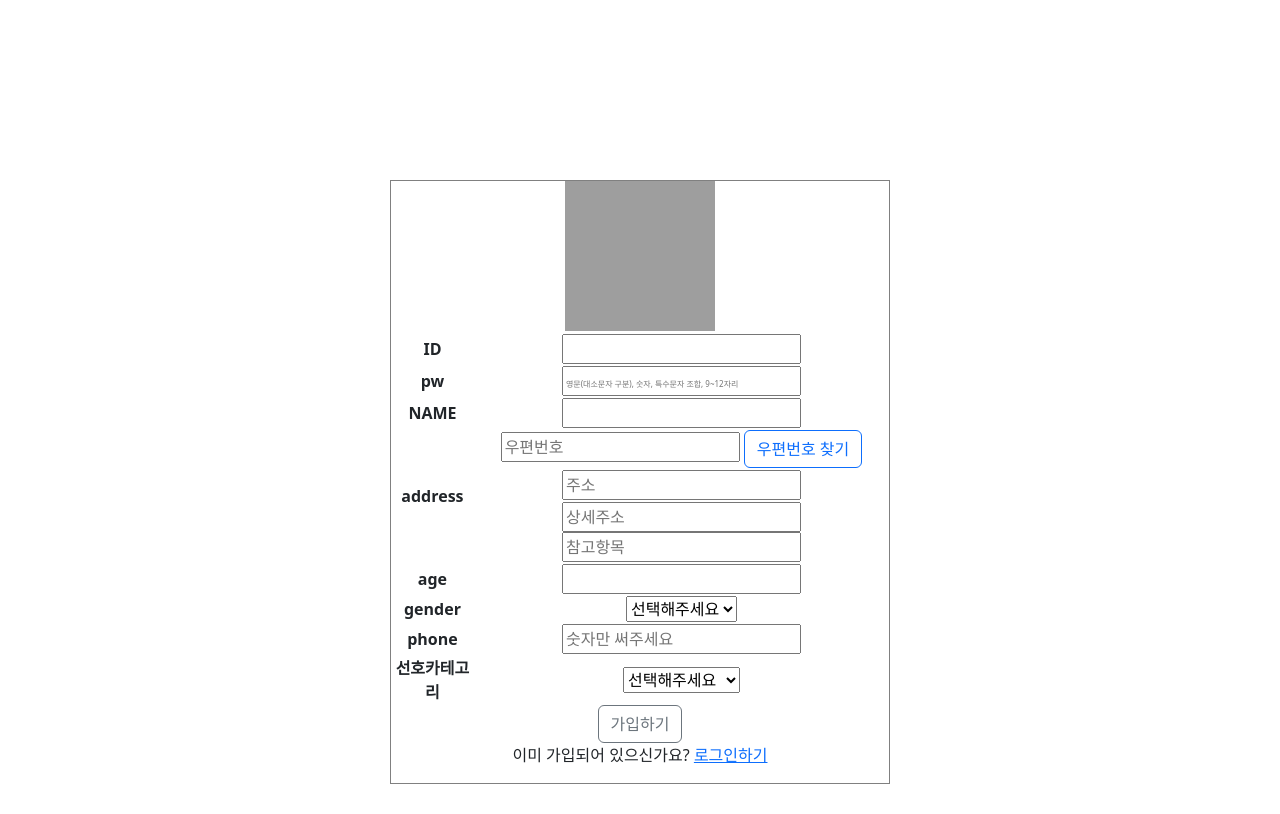
Repository: bongbongi/book1
Page: http://localhost/book/WEB-INF/views/member/join.jsp
An editor plug-in stored every save of this project. The page is shown before and after the next save, followed by the edit.
The browser window is 1280 px wide. The pictures show the whole page.
Pictures or frames that could not be fetched are drawn as grey boxes. Some web libraries are served in a nearby version. The page is served by Tomcat 9. Nobody is signed in. Other server files are loaded and not shown. The template is opened directly, without the code that normally fills it, so the values that code supplies are empty.

Above is the page before, as saved 2023-01-05 16:11:07.

### book/src/main/webapp/WEB-INF/views/member/join.jsp
<%@ page language="java" contentType="text/html; charset=UTF-8"
	pageEncoding="UTF-8"%>
<%@ taglib uri="http://java.sun.com/jsp/jstl/core" prefix="c"%>

<!DOCTYPE html>
<html>
<head>
<meta charset="UTF-8">
<!-- CSS only -->
<link href="https://cdn.jsdelivr.net/npm/bootstrap@5.2.2/dist/css/bootstrap.min.css"
rel="stylesheet" integrity="sha384-Zenh87qX5JnK2Jl0vWa8Ck2rdkQ2Bzep5IDxbcnCeuOxjzrPF/et3URy9Bv1WTRi"
crossorigin="anonymous">
<script src="https://kit.fontawesome.com/92e616dfba.js" crossorigin="anonymous"></script>
<title>회원가입</title>
<style type="text/css">
body{
	text-align: center;
	margin:0 auto;
	width: 100%;
	padding-top : 150px;
}
.logo>a>img{
	width: 150px;
	height: 150px;
}
.join-container{
	border: 1px solid gray;
	width: 500px;
	height: 100%;

	margin: 30px auto;

	/* display: flex;
	align-items: center;
	justify-content: center; */
}
table>tr,
table>td{
	text-align: center;
}
#mem_pw::placeholder{
	font-size:8px;
}
/* 아이디 사용 가능 여부 */
.id_ok{
color:#008000;
display: none;
}

.id_duplicate{
color:#ff0000;
display: none;
}
.id_null{
color:#ff0000;
display: none;
}
.pw_ok{
color:#008000;
display: none;
}

.pw_rewrite{
color:#ff0000;
display: none;
}
.pw_null{
color:#ff0000;
display: none;
}
.cellNum_ok{
color:#008000;
display: none;
}

.cellNum_duplicate{
color:#ff0000;
display: none;
}
.cellNum_null{
color:#ff0000;
display: none;
}
.join-table>input{
	width: 300px;
}
</style>
</head>
<body>
	<form action="/mem/join" method="post">
		<div class="join-container">

			<div class="logo">
				<a href="/"><img src="../resources/logo.jpg" alt="로고"></a><br>
			</div>
			<div class="join">
				<form action="/mem/join" method="post">
					<table class="join-table">
						<th colspan="3" >
							<tr>
								<th >ID</th>
									<td colspan="2">
										<input type="text" name="mem_id" id="mem_id" onchange="checkId()" required>
										<span class="id_ok"><i class="fa-solid fa-check"></i></span>
										<span class="id_duplicate"><i class="fa-solid fa-x"></i></span>
										<span class="id_null"><i class="fa-solid fa-x"></i></span>
									</td>
							</tr>
							<tr>
								<th>pw</th>
								<td>
									<input type="password" name="mem_pw" id="mem_pw" placeholder="영문(대소문자 구분), 숫자, 특수문자 조합, 9~12자리" onchange="checkPw()" required>
									<span class="pw_ok"><i class="fa-solid fa-check"></i></span>
									<span class="pw_rewrite"><i class="fa-solid fa-x"></i></span>
									<span class="pw_null"><i class="fa-solid fa-x"></i></span>
								</td>
							</tr>
							<tr>
								<th>NAME</th>
								<td><input type="text" name="mem_name" required></td>
							</tr>
							<tr>
								<th rowspan="3">address</th>
								<td colspan="2">
									<input type="text" id="postcode" name="mem_postzip" placeholder="우편번호" required>
									<input type="button" class="btn btn-outline-primary" onclick="execDaumPostcode()" value="우편번호 찾기">
								</td>
							</tr>
							<tr colspan="2">
								<td ><input type="text" id="address" name="address" placeholder="주소" required></td>
							</tr>
							<tr>
								<td  colspan="2">
									<input type="text" id="detailAddress" name="detailAddress" placeholder="상세주소" required>
									<input type="text" id="extraAddress" name="extraAddress" placeholder="참고항목">
								</td>
							</tr>
							<tr>
								<th>age</th>
								<td><input type="text" name="mem_age" required></td>
							</tr>
							<tr>
								<th>gender</th>
								<td>
									<select name="mem_gender" required="required">
										<option value="null">선택해주세요</option>
										<option value="1">남자</option>
										<option value="2">여자</option>
									</select>
								</td>
							</tr>
							<tr>
								<th>phone</th>
								<td>
									<input type="text" name="mem_cell_num" id="mem_cell_num" placeholder="숫자만 써주세요" onchange="checkCellNum()" required>
								        <span class="cellNum_ok"><i class="fa-solid fa-check"></i></span>
										<span class="cellNum_duplicate"><i class="fa-solid fa-x"></i></span>
										<span class="cellNum_null"><i class="fa-solid fa-x"></i></span>
								</td>
							</tr>
							<tr>
								<th>선호카테고리</th>
								<td>
									<select name="mno_cno" required="required">
										<option value="0" selected="selected">선택해주세요</option>
										<option value="1">소설</option>
										<option value="2">에세이</option>
										<option value="3">건강/취미</option>
										<option value="4">컴퓨터/모바일</option>
									</select>
								</td>
							</tr>
						</th>
					</table>
					<button type=submit" class="btn btn-outline-secondary">가입하기</button>
				</form>


			</div>

			<div>
				<p>이미 가입되어 있으신가요? <a href="/mem/loginPage">로그인하기</a></p>
			</div>
	</form>
	<script src="//t1.daumcdn.net/mapjsapi/bundle/postcode/prod/postcode.v2.js"></script>
	<script src="https://code.jquery.com/jquery-3.4.1.js"></script>
<script>
    function execDaumPostcode() {
        new daum.Postcode({
            oncomplete: function(data) {
                // 팝업에서 검색결과 항목을 클릭했을때 실행할 코드를 작성하는 부분.

                // 각 주소의 노출 규칙에 따라 주소를 조합한다.
                // 내려오는 변수가 값이 없는 경우엔 공백('')값을 가지므로, 이를 참고하여 분기 한다.
                var addr = ''; // 주소 변수
                var extraAddr = ''; // 참고항목 변수

                //사용자가 선택한 주소 타입에 따라 해당 주소 값을 가져온다.
                if (data.userSelectedType === 'R') { // 사용자가 도로명 주소를 선택했을 경우
                    addr = data.roadAddress;
                } else { // 사용자가 지번 주소를 선택했을 경우(J)
                    addr = data.jibunAddress;
                }

                // 사용자가 선택한 주소가 도로명 타입일때 참고항목을 조합한다.
                if(data.userSelectedType === 'R'){
                    // 법정동명이 있을 경우 추가한다. (법정리는 제외)
                    // 법정동의 경우 마지막 문자가 "동/로/가"로 끝난다.
                    if(data.bname !== '' && /[동|로|가]$/g.test(data.bname)){
                        extraAddr += data.bname;
                    }
                    // 건물명이 있고, 공동주택일 경우 추가한다.
                    if(data.buildingName !== '' && data.apartment === 'Y'){
                        extraAddr += (extraAddr !== '' ? ', ' + data.buildingName : data.buildingName);
                    }
                    // 표시할 참고항목이 있을 경우, 괄호까지 추가한 최종 문자열을 만든다.
                    if(extraAddr !== ''){
                        extraAddr = ' (' + extraAddr + ')';
                    }
                    // 조합된 참고항목을 해당 필드에 넣는다.
                    document.getElementById("extraAddress").value = extraAddr;

                } else {
                    document.getElementById("extraAddress").value = '';
                }

                // 우편번호와 주소 정보를 해당 필드에 넣는다.
                document.getElementById('postcode').value = data.zonecode;
                document.getElementById("address").value = addr;
                // 커서를 상세주소 필드로 이동한다.
                document.getElementById("detailAddress").focus();
            }
        }).open();
    }

	function checkId(){
        var mem_id = document.getElementById('mem_id').value; //id값이 "id"인 입력란의 값을 저장
		console.log(mem_id);
        $.ajax({
            url:'/mem/idCheck', //Controller에서 요청 받을 주소
            type:'post', //POST 방식으로 전달
            data:{mem_id:mem_id},
            success:function(isOk){ //컨트롤러에서 넘어온 isOK값을 받는다
                if(isOk == 'id_ok'){ //ok이면 가입 가능
                    $('.id_ok').css("display","inline-block");
                    $('.id_duplicate').css("display", "none");
					$('.id_null').css("display", "none");
                }else if(isOk =='id_null'){//input이 null값임. 입력 요청
					$('.id_ok').css("display","none");
                    $('.id_duplicate').css("display", "none");
					$('.id_null').css("display", "inline-block");
				}
				else { //중복일 경우
                    $('.id_ok').css("display", "none");
                    $('.id_duplicate').css("display","inline-block");
					$('.id_null').css("display", "none");
                    // alert("아이디를 다시 입력해주세요");
                    $('#mem_id').val('');
                }
            },
			error:function(request,status,error){
			console.log("code:"+request.status+"\n"+"message:"+request.responseText+"\n"+"error:"+error);
			}

        });
        };
	function checkPw(){
	var mem_pw = document.getElementById('mem_pw').value; //id값이 "id"인 입력란의 값을 저장
	console.log(mem_pw);
	$.ajax({
		url:'/mem/pwCheck', //Controller에서 요청 받을 주소
		type:'post', //POST 방식으로 전달
		data:{mem_pw:mem_pw},
		success:function(isOk){ //컨트롤러에서 넘어온 isOK값을 받는다
			if(isOk == 'pw_ok'){ //ok이면 가입 가능
				$('.pw_ok').css("display","inline-block");
				$('.pw_rewrite').css("display", "none"); //정규식 어긋나면
				$('.pw_null').css("display", "none");
			}else if(isOk =='pw_null'){//input이 null값임. 입력 요청
				$('.pw_ok').css("display","none");
				$('.pw_rewrite').css("display", "none");
				$('.pw_null').css("display", "inline-block");
			}
			else { //중복일 경우
				$('.pw_ok').css("display", "none");
				$('.pw_rewrite').css("display","inline-block");
				$('.pw_null').css("display", "none");
				// alert("아이디를 다시 입력해주세요");
				$('#mem_pw').val('');
			}
		},
		error:function(request,status,error){
		console.log("code:"+request.status+"\n"+"message:"+request.responseText+"\n"+"error:"+error);
		}

	});
	};
	function checkCellNum(){
        var mem_cell_num = document.getElementById('mem_cell_num').value; //id값이 "id"인 입력란의 값을 저장
		console.log(mem_cell_num);
        $.ajax({
            url:'/mem/cellNumCheck', //Controller에서 요청 받을 주소
            type:'post', //POST 방식으로 전달
            data:{mem_cell_num:mem_cell_num},
            success:function(isOk){ //컨트롤러에서 넘어온 isOK값을 받는다
                if(isOk == 'cellNum_ok'){ //ok이면 가입 가능
                    $('.cellNum_ok').css("display","inline-block");
                    $('.cellNum_duplicate').css("display", "none");
					$('.cellNum_null').css("display", "none");
                }else if(isOk =='cellNum_null'){//input이 null값임. 입력 요청
					$('.cellNum_ok').css("display","none");
                    $('.cellNum_duplicate').css("display", "none");
					$('.cellNum_null').css("display", "inline-block");
				}
				else { //중복일 경우
                    $('.cellNum_ok').css("display", "none");
                    $('.cellNum_duplicate').css("display","inline-block");
					$('.cellNum_null').css("display", "none");
                    // alert("아이디를 다시 입력해주세요");
                    $('#mem_cell_num').val('');
                }
            },
			error:function(request,status,error){
			console.log("code:"+request.status+"\n"+"message:"+request.responseText+"\n"+"error:"+error);
			}

        });
        };
</script>
</body>
</html>

After the next save:
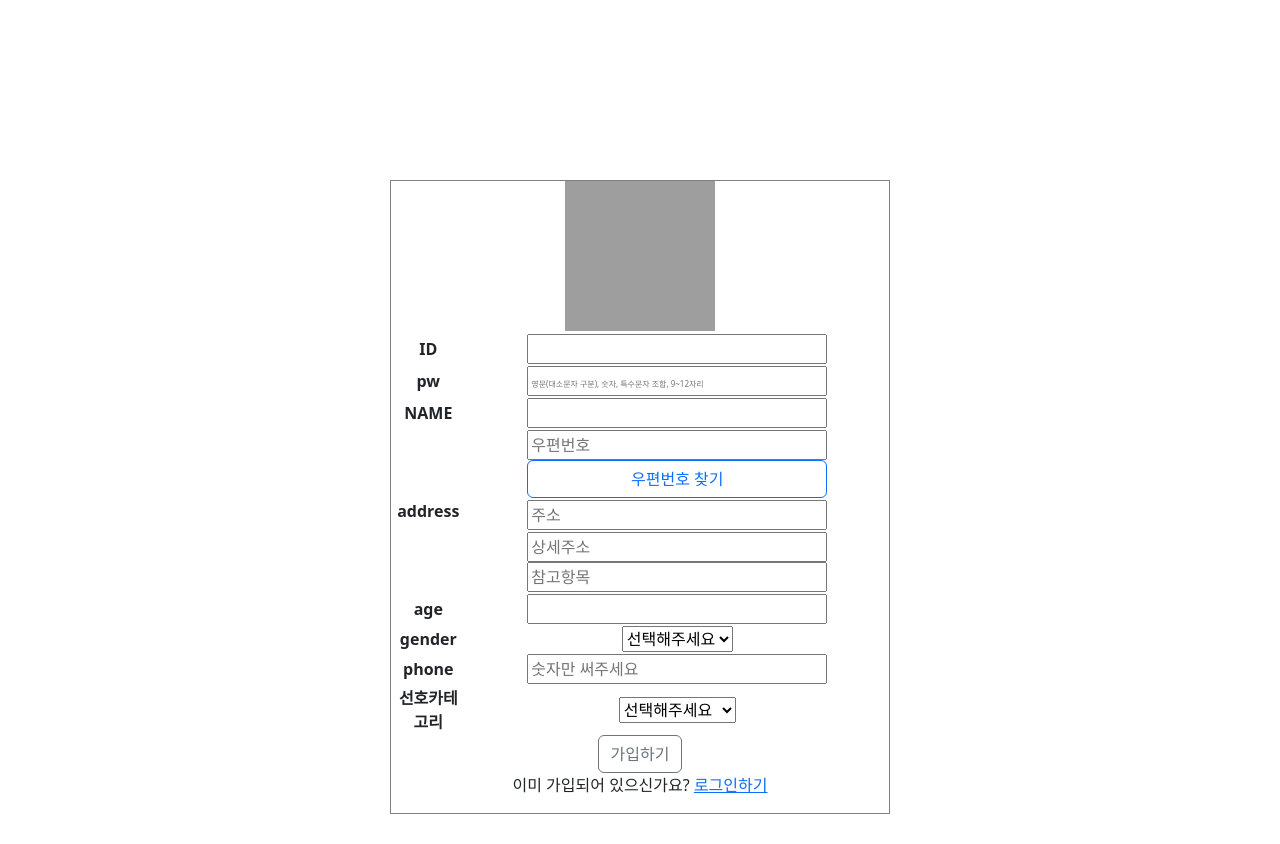
Saved 15 s later.
--- a/book/src/main/webapp/WEB-INF/views/member/join.jsp
+++ b/book/src/main/webapp/WEB-INF/views/member/join.jsp
@@ -81,7 +81,7 @@
 color:#ff0000;
 display: none;
 }
-.join-table>input{
+input{
 	width: 300px;
 }
 </style>

After the save that followed:
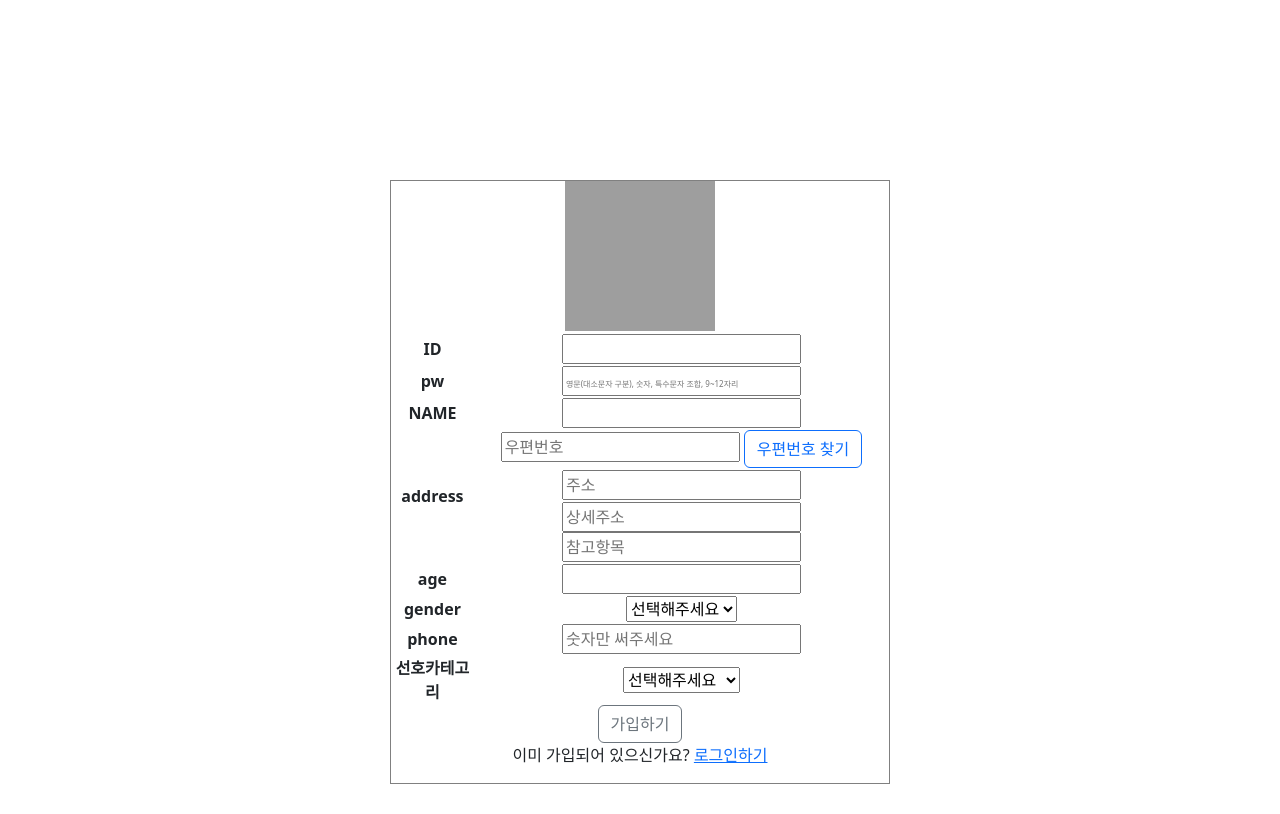
Saved 38 s later.
--- a/book/src/main/webapp/WEB-INF/views/member/join.jsp
+++ b/book/src/main/webapp/WEB-INF/views/member/join.jsp
@@ -81,7 +81,7 @@
 color:#ff0000;
 display: none;
 }
-input{
+.join>input{
 	width: 300px;
 }
 </style>
